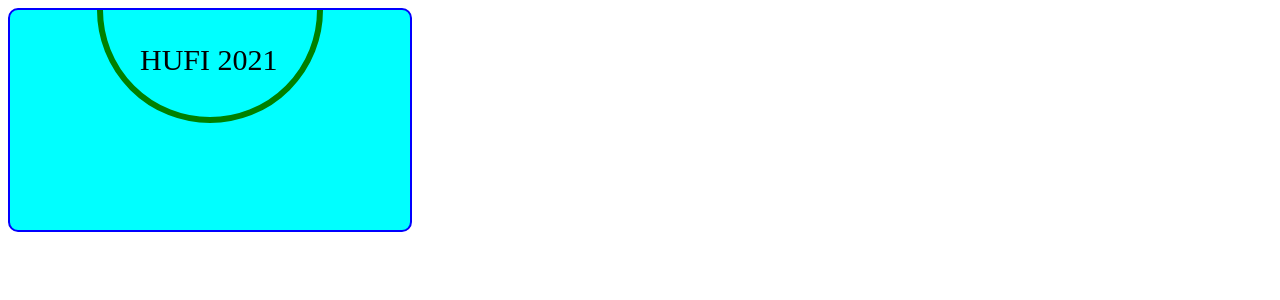
Repository: Tan-Khang21/TH_TKW--Buoi_05
Page: Bai_Tap_Ve_Nha/Bai_02/Canvas11.html
The author's editor kept a copy of each file at every save. The page is drawn from the files as they stood at one save, then again after the next save.
The browser window is 1280 px wide. The pictures show the whole page.

Above is the page before, as saved 2024-03-10 22:24:42.

### Bai_Tap_Ve_Nha/Bai_02/Canvas11.html
<!DOCTYPE html>
<html lang="en">
  <head>
    <meta charset="UTF-8" />
    <meta name="viewport" content="width=device-width, initial-scale=1.0" />
    <title>Document</title>
  </head>
  <body>
    <canvas
      id="myCanvas"
      style="
        border: 2px solid blue;
        background-color: aqua;
        border-radius: 10px;
      "
      width="400px"
      height="220px"
    ></canvas>
    <script>
      var canvas = document.getElementById("myCanvas"),
        ctx = canvas.getContext("2d");
      ctx.beginPath();
      ctx.beginPath();
      ctx.font = "30px Arials";
      ctx.fillText("HUFI 2021", 130, 60);
      ctx.beginPath();
      ctx.arc(200, 0, 110, 0, Math.PI);
      ctx.strokeStyle = "green";
      ctx.lineWidth = 6;
      ctx.stroke();
    </script>
  </body>
</html>

After the next save:
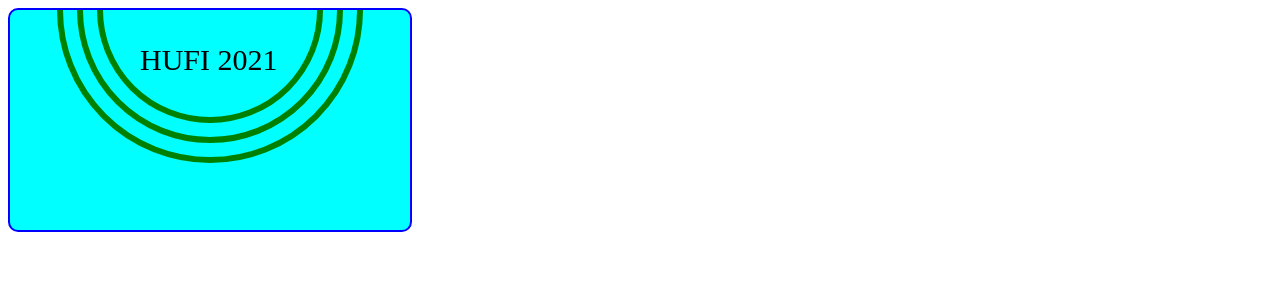
Saved 26 s later.
--- a/Bai_Tap_Ve_Nha/Bai_02/Canvas11.html
+++ b/Bai_Tap_Ve_Nha/Bai_02/Canvas11.html
@@ -28,6 +28,16 @@
       ctx.strokeStyle = "green";
       ctx.lineWidth = 6;
       ctx.stroke();
+      ctx.beginPath();
+      ctx.arc(200, 0, 130, 0, Math.PI);
+      ctx.strokeStyle = "green";
+      ctx.lineWidth = 6;
+      ctx.stroke();
+      ctx.beginPath();
+      ctx.arc(200, 0, 150, 0, Math.PI);
+      ctx.strokeStyle = "green";
+      ctx.lineWidth = 6;
+      ctx.stroke();
     </script>
   </body>
 </html>
